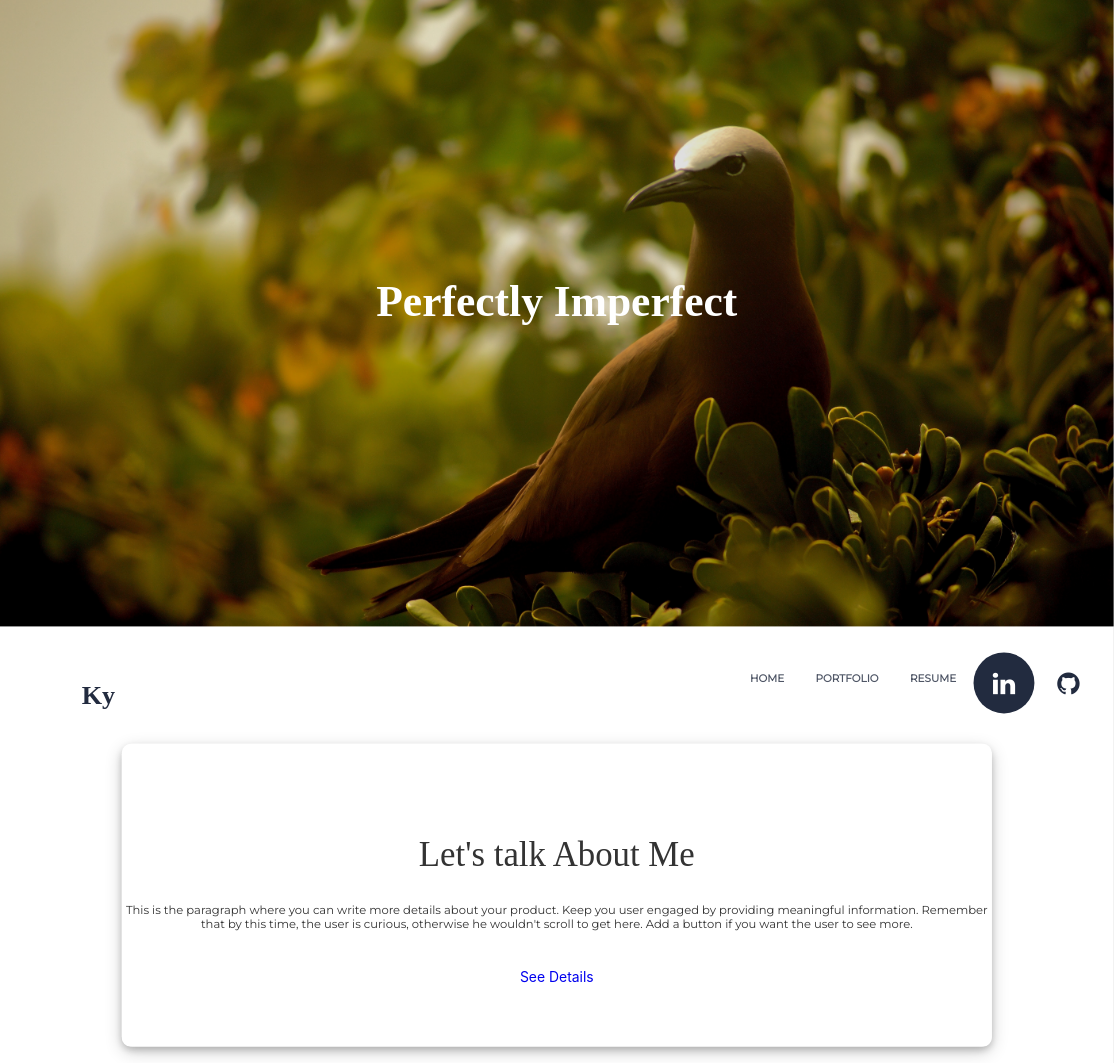
Repository: kkyler24/Perfectly-Imperfect
Page: / (app in imperfect/)
These files come from the project's save history. The page is drawn as it stood at one moment and after the next save; the edit follows.
The browser window is 1280 px wide. The pictures show the whole page, at 87% of full size.
Backgrounds fixed to the window are drawn as part of the page. Some web fonts or font styles are not loaded; a fallback is used. The project was rebuilt for these pictures with package versions that can differ from the ones it lists, and the page was loaded fresh each time.

Above is the page before, as saved 2020-08-06 13:12:09.

After the next save:
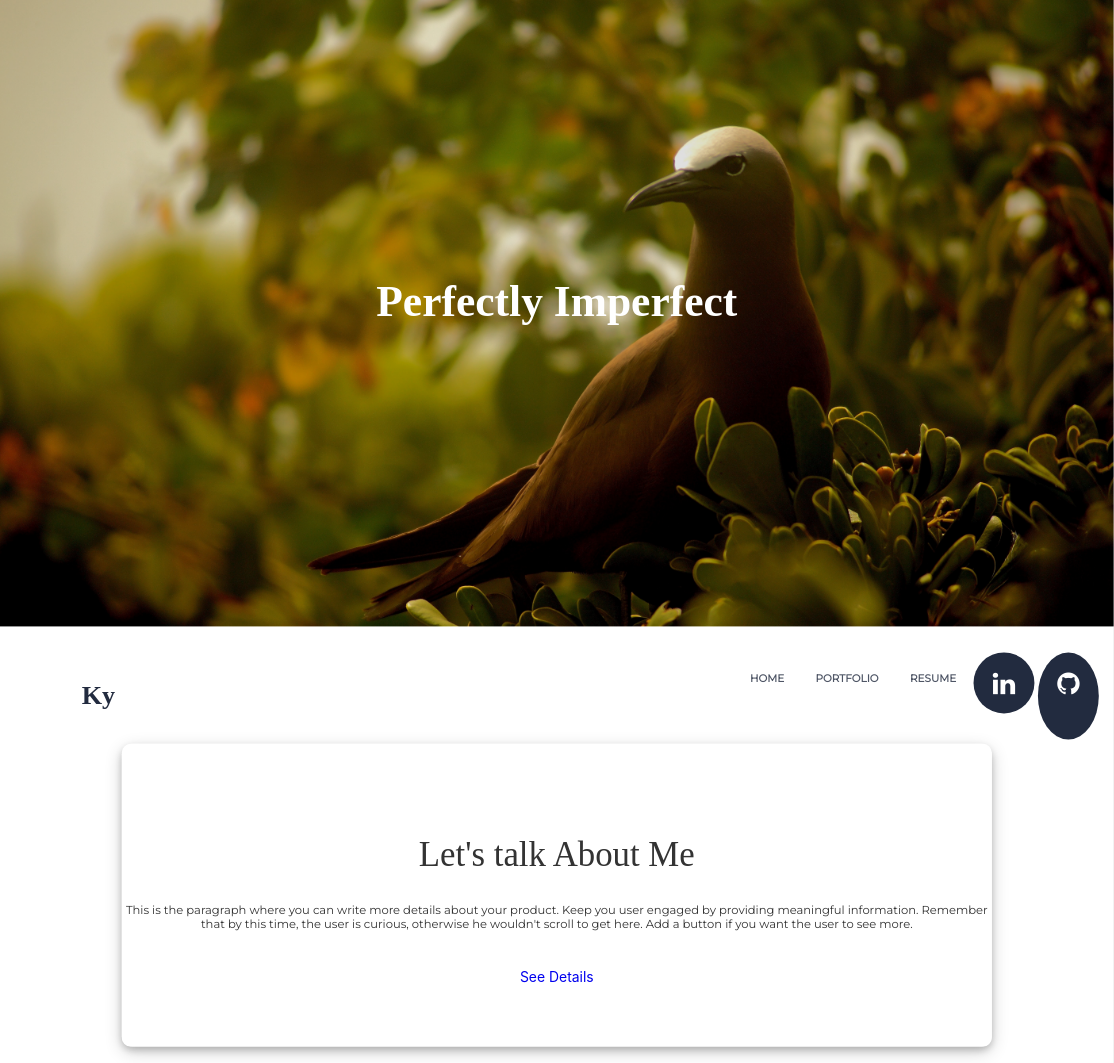
Saved 2 s later.
--- a/imperfect/src/Components/navbarComponent/navbar.css
+++ b/imperfect/src/Components/navbarComponent/navbar.css
@@ -224,8 +224,8 @@ ul {
 }
 
 .fa-github {
-  content: "\f09b";
-  color: #222b3f;
+  background: #222b3f;
+  color: white;
 }
 
 :before {
